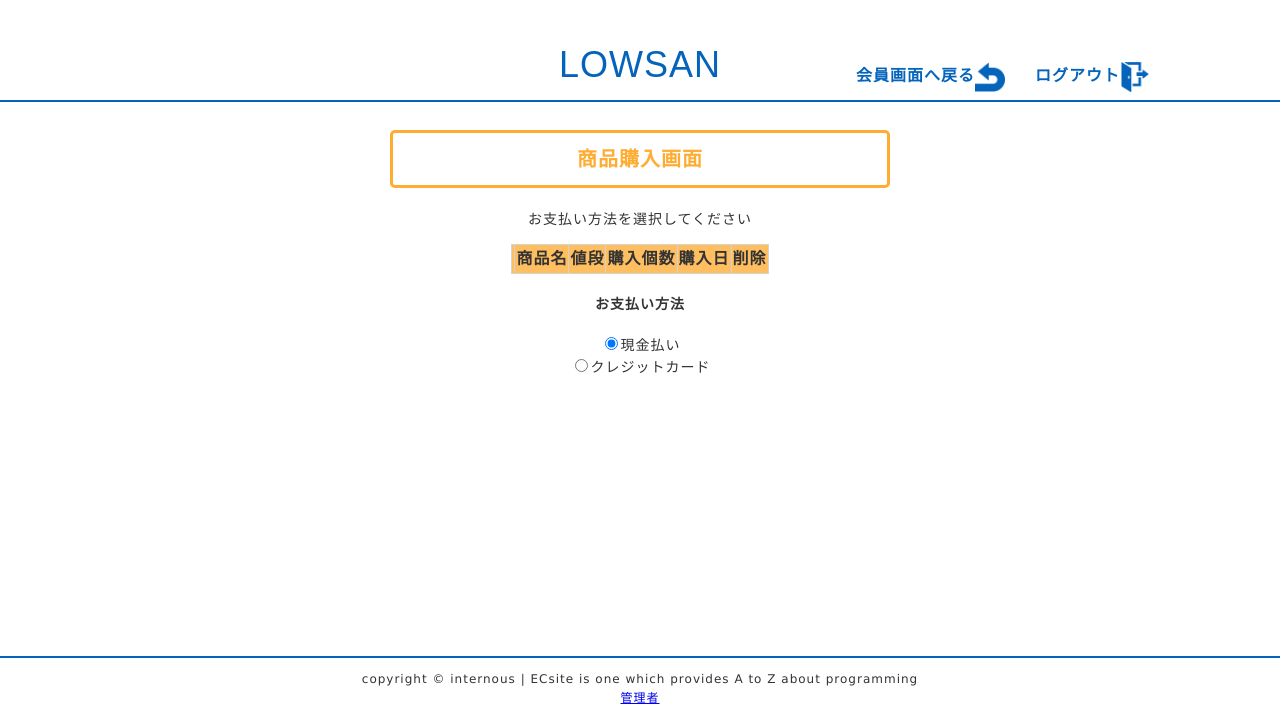
Repository: nishimura0212/myECsite
Page: http://localhost/ecsite/buyItem.jsp
The author's editor kept a copy of each file at every save. The page is drawn from the files as they stood at one save, then again after the next save.
The browser window is 1280 px wide. The pictures show the whole page.
The page is served by Tomcat 9. Other server files are loaded and not shown.

Above is the page before, as saved 2019-01-02 14:36:22.

### ecsite/WebContent/buyItem.jsp
<%@ page language="java" contentType="text/html; charset=UTF-8"
    pageEncoding="UTF-8"%>
<%@ taglib prefix="s" uri="/struts-tags" %>
<!DOCTYPE html>
<html>
<head>
<meta http-equiv="Content-Type" content="text/html; charset=UTF-8"/>
<meta http-equiv="Content-Script-Type" content="text/javascript"/>
<meta http-equiv="imagetoolbar" content="no"/>
<meta name="description" content=""/>
<meta name="keywords" content=""/>
<title>商品購入画面</title>
<link rel="stylesheet" type="text/css" href="css/style.css">
</head>
<body>
	<div id="header">
		<p>LOWSAN</p>
		<div id="header-icon">
			<ul>
				<li class="icon">
					<a href="GoUserAction">
					会員画面へ戻る<img src="./img/icon/back.png" width="30px" height="30px">
					</a>
				</li>
				<li class="icon">
					<a href="LogoutAction">
					ログアウト<img src="./img/icon/logout.png" width="30px" height="30px">
					</a>
				</li>
			</ul>
		</div>
	</div>
	<div id="main">
		<div id="top">
			<p>商品購入画面</p>
		</div>
		<p class="comment">お支払い方法を選択してください</p>
		<table class="history-table">
			<tr>
				<th></th>
				<th>商品名</th>
				<th>値段</th>
				<th>購入個数</th>
				<th>購入日</th>
				<th>削除</th>
			</tr>
			<s:iterator value="cartList">
				<tr>
					<td class="td-img"><img
						src='<s:property value="itemImage"/>' class="buy-item-image"></td>
					<td><s:property value="item" /></td>
					<td><s:property value="totalPrice" /><span>円</span></td>
					<td><s:property value="totalCount" /><span>個</span></td>
					<td><s:property value="insert_date" /></td>
					<td><input type="checkbox" name="delete"
						value='<s:property value="id"/>' /></td>
				</tr>
			</s:iterator>
		</table>
		<div class="pay-method">
			<h4>お支払い方法</h4>
			<input type="radio" name="pay" value="1" checked="checked" class="radio">現金払い
			<br><input type="radio" name="pay"value="2" class="radio">クレジットカード
		</div>
	</div>
	<div id="footer">
		<p>copyright &copy; internous | ECsite is one which provides A to Z about programming<br/>
		<a href = '<s:url action="AdminAction"/>'>管理者</a></p>
	</div>
</body>
</html>

### ecsite/WebContent/css/style.css
@CHARSET "UTF-8";

/* bodyレイアウト */
body{
	margin: 0;
	padding: 0;
	height: 100%;
	height: auto;
	line-height: 1.6;
	letter-spacing: 1px;
	font-family: Verdana,Helvetica,sans-serif;
	font-size: 12px;
	color: #333;
	background: #fff;
}

/* headerレイアウト */
#header{
	position: fixed;
	left: 0;
	top: 0;
	z-index: 2;
	width: 100%;
	height: 100px;
	text-align: center;
	background-color: #fff;
	border-bottom: 2px solid #0464bb;
}
#header p{
	color: #0464bb;
	font-family: "メイリオ",sans-serif;
	font-size: 36px;
}
#header-icon{
	position: absolute;
	top: 50px;
	right: 100px;
}
#header-icon .icon{
	float: left;
	margin: 0 auto;
	margin-right: 30px;
	list-style-type: none;
	font-size: 16px;
	font-weight: bold;
}
#header-icon .icon img{
	clear: both;
	vertical-align: middle;
}
#header-icon .icon a{
	color: #0464bb;
	text-decoration:none;
}
.icon:hover{
	cursor: pointer;
}

/* mainレイアウト */
#main{
	position: relative;
	top: 110px;
	width: 100%;
	padding-bottom: 60px;
}

.waku{
	margin-top: 50px;
}

/* 見出しレイアウト */
#top{
	width: 500px;
	margin: 0px auto;
	margin-top: 10px;
	text-align: center;
}
#top p{
	font-size: 20px;
	font-weight: bold;
	border: 3px solid #FFAD32;
	border-radius: 5px;
	color: #FFAD32;
	background-color: #fff;
	padding: 10px 0px;
}

/* tableレイアウト */
.table{
	margin: 0 auto;
	width: 800px;
	font-size: 24px;
	padding: 40px 30px 50px 20px;
	background-color: #FFFDEB;
	color: #FFAD32;
	border-radius: 10px;
}

/* ログイン画面 */
.textarea{
	width: 100%;
	height: 30px;
	font-size: 22px;
	padding-left: 1%;
	border-radius: 15px;
}
input[type="text"]:focus {
	border: 2px solid #FFD493;
	outline: 0;
}
input[type="password"]:focus {
	border: 2px solid #FFD493;
	outline: 0;
}
.error{
	margin: 0 auto;
	width: 500px;
	text-align: center;
}
.error p{
	color: #FF5151;
	font-size: 14px;
}
.single{
	margin-top: 20px;
	text-align: center;
	padding: 20px;
}
.single_btn{
	width: 100px;
	height: 40px;
	padding: 5px;
	background-color: #FFAD32;
	font-size: 12px;
	font-weight: bold;
	color: white;
	border-color: none;
	border-radius: 20px;
}
.single_btn:hover{
	background-color: #F99500;
	cursor: pointer;
}

/* 会員画面 */
.comment{
	text-align: center;
	font-size: 14px;
}
.main-text{
	text-align: center;
	margin-top: 10px;
}
.userButton{
	margin-top: 20px;
	width: 300px;
	height: 100px;
	color: #FFFDEB;
	font-size: 24px;
	background-color: #FFAD32;
	border-radius: 20px;
}
.userButton:hover{
	cursor: pointer;
	background-color: #F99500;
}

/* カテゴリ選択画面 */
.categoryBox{
	margin: 0 auto;
	margin-top: 30px;
	width: 600px;
	text-align: center;
}
.category{
	margin: 0 auto;
	display: inline-block;
	text-align: center;
}
.categoryCircle{
	margin: 0 auto;
	float: left;
}
.circle{
	width: 200px;
	height: 200px;
	margin: 0px 20px 10px 20px;
	border-radius: 50%;
	font-size: 30px;
	border: 5px solid #FFBF60;
	background-color: #FFFDEB;
}
.circle:hover{
	background-color: #FFBF60;
	color: #FFFDEB;
	border: none;
	cursor: pointer;
}
#empty{
	clear: both;
}

/* 商品選択画面 */
.item-wrap{
	width: 700px;
	margin: 30px auto;
	height: 100%;
	padding-bottom: 60px;
}
.itemBox{
	width: 300px;
	height: 250px;
	text-align: center;
	border: 2px dotted gray;
	margin: 20px 20px 20px 20px;
	background-color: #f9fcb6;
}
.itemBox img{
	width: 250px;
	height: 250px;
}
.itemName{
	margin: 0;
	font-size: 15px;
}
.flex-container{
	display: inline-flex;
}

/* 商品購入画面 */
.containerA{
	margin: 0 auto;
	margin-top: 20px;
	margin-right: 50px;
	text-align: center;
}
.left{
	width: 300px;
	height: 300px;
}
.left img{
	width: 100%;
}
.right{
	height: 300px;
	font-size: 20px;
	margin-top: 30px;
	border-collapse: collapse;
}
.td-left{
	text-align: center;
	background-color: #FFBF60;
	border: 1px solid lightgray;
}
.td-right{
	text-align: left;
	padding: 0px 10px;
	border: 1px solid lightgray;
}
.td-submit{
	background-color: #fff;
}
.select{
	width: 50px;
	font-size: 20px;
}
.select:hover{
	cursor: pointer;
}
.block{
	width: 100px;
	display: block;
}

/* 商品購入確認画面 */
.containerB{
	margin: 0 auto;
	margin-left: 150px;
	text-align: center;
}
.button{
	position: relative;
	top: 350px;
	right: 210px;
}
.gray_btn{
	width: 100px;
	height: 40px;
	padding: 5px;
	background-color: #808080;
	font-size: 12px;
	font-weight: bold;
	color: white;
	border-color: none;
	border-radius: 20px;
}
.gray_btn:hover{
	background-color: #666666;
	cursor: pointer;
}

/* 商品購入完了画面 */
.center{
	width: 400px;
	margin: 0 auto;
	margin-top: 50px;
}
.comment p{
	height: 50px;
	line-height: 50px;
	font-size: 16px;
	border: 2px solid gray;
	border-radius: 5px;
}

/* 商品購入履歴画面 */
.history-table{
	margin:0 auto;
	font-size: 16px;
	border-collapse: collapse;
	border: 1px solid lightgray;
	text-align: center;
}
.history-table th{
	border: 1px solid lightgray;
}
.history-table td,.td-img{
	border: 1px solid lightgray;
}
.history-table tr:first-child{
	background-color: #FFBF60;
}
.td-img img{
	width: 100px;
	height: 100px;
}

/* 商品購入画面 */
.pay-method{
	text-align: center;
	font-size: 14px;
	padding-bottom: 60px;
}






.buy-item-button{
	margin: 20px;
	width: 100px;
	height: 50px;
	background-color: #eee;
	border-radius: 20%;
}
.buy-item-button:hover{
	cursor: pointer;
	background-color: #f9fcb6;
}
.pointer:hover{
	cursor: pointer;
}
.button1{
	margin: 0 20px auto;
	float: left;
}
.submit{
	width: 300px;
	height: 400px;
	border-radius: 10%;
	background-color: #f8f8f8;
	font-size: 30px;
}
.submit:hover{
	box-shadow: none;
	background-color: #ffff80;
	cursor: pointer;
}
#text-link{
	display: inline-block;
	text-align: right;
}
#text-right{
	display: inline-block;
	text-align: right;
}
.text-right{
	display: inline-block;
	margin-left: 4%;
}
#wrap{
	margin: 0 40% auto;
}
#left{
	float: left;
	width: 50%;
}
#right{
	float: left;
	width: 50%;
}
.text-center{
	display: inline-block;
	text-align: center;
}
#text{
	clear: left;
	padding-top: 20px;
	width: 780px;
	margin: 30px auto;
}
.text{
	text-align: center;
}
#list{
	border: 2px dotted gray;
	width: 500px;
	height: 100px;
	background-color: lightyellow;
	margin: 30px auto;
}
#list ul li{
	display: inline-block;
	list-style-type: none;
	margin-right: 2em;
}
#button{
	display: inline-block;
	text-align: center;
}
#empty{
	clear: both;
}
.button{
	margin: 0 auto;
	float: left;
	margin-right: 10px;
}
.button:hover{
	cursor: pointer;
}
.category_button{
	margin: 0 auto;
	float: left;
}
.item{
	width: 200px;
	height: 200px;
	margin: 0px 20px 10px 20px;
	border-radius: 50%;
	font-size: 30px;
}





/* footerレイアウト */
#footer{
	clear: both;
	position: fixed;
	left: 0;
	bottom: 0;
	z-index: 2;
	width: 100%;
	background-color: #fff;
	border-top: 2px solid #0464bb;
}
#footer p{
	text-align: center;
}

After the next save:
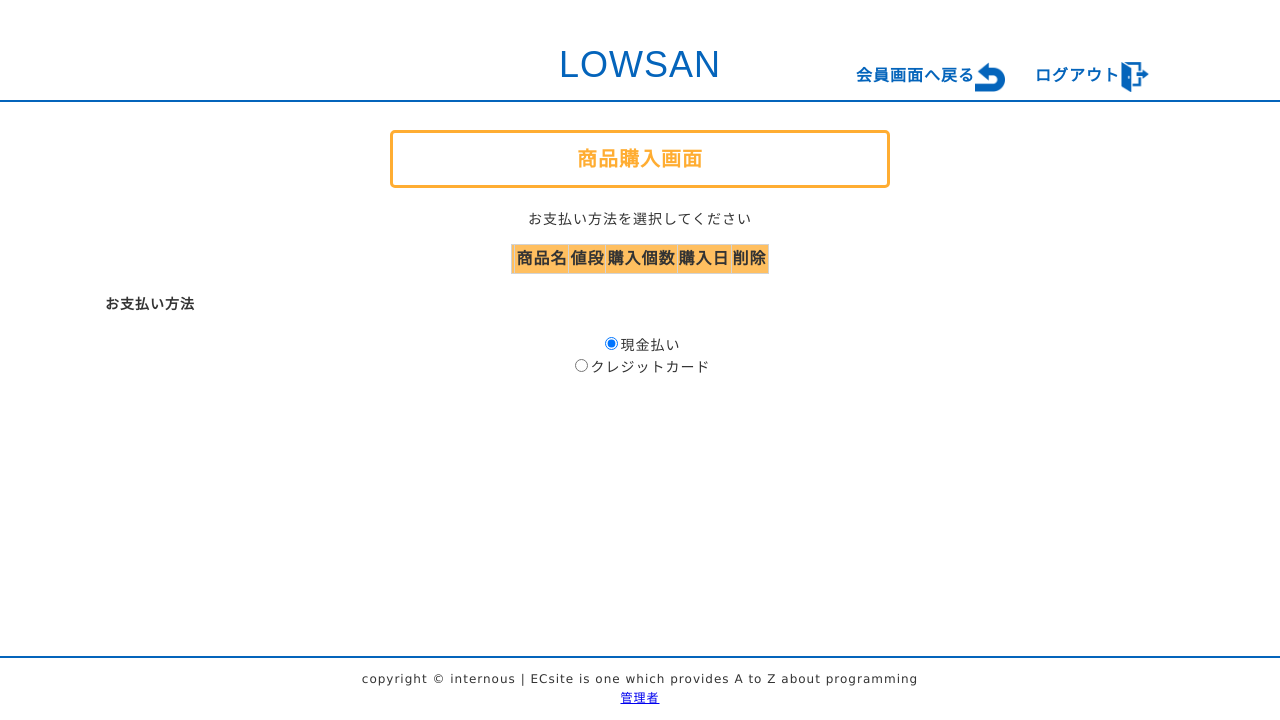
Saved 35 s later.
--- a/ecsite/WebContent/css/style.css
+++ b/ecsite/WebContent/css/style.css
@@ -341,7 +341,9 @@ input[type="password"]:focus {
 	font-size: 14px;
 	padding-bottom: 60px;
 }
-
+.pay-method h4{
+	width: 300px;
+}
 
 
 
